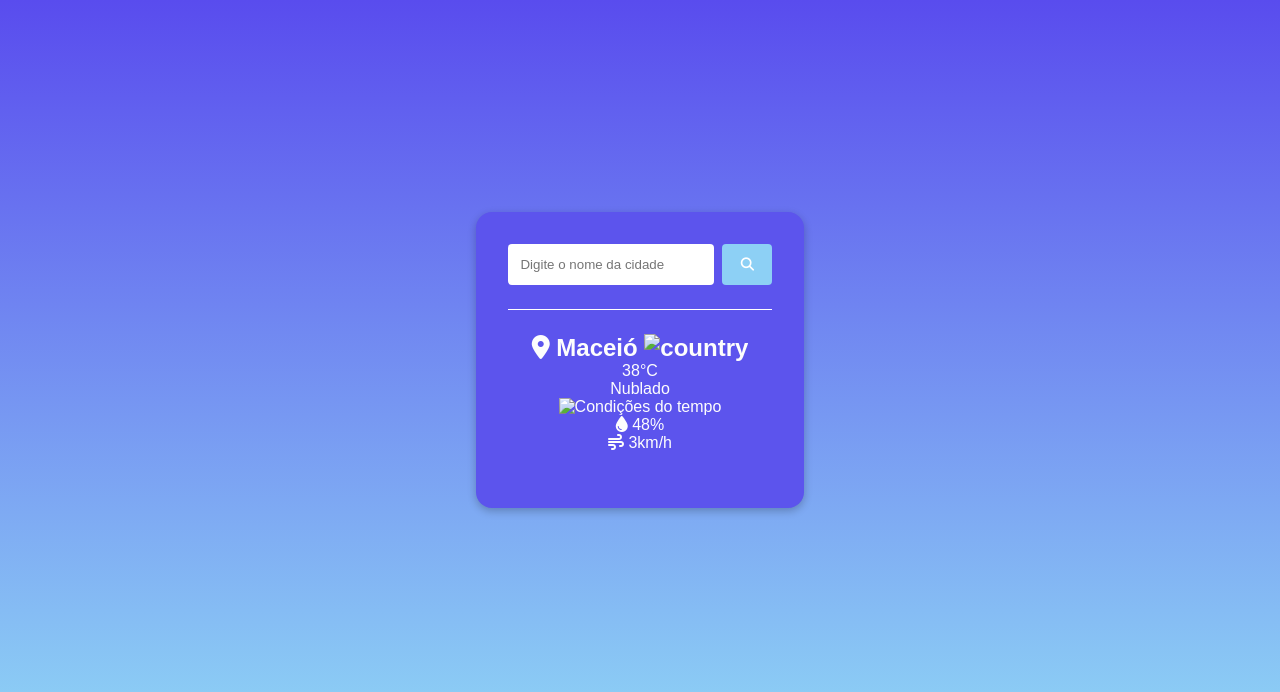
Repository: eziocdl/Weather--API
Page: index.html
The author's editor kept a copy of each file at every save. The page is drawn from the files as they stood at one save, then again after the next save.
The browser window is 1280 px wide. The pictures show the whole page.

Above is the page before, as saved 2023-06-19 15:57:24.

### index.html
<!DOCTYPE html>
<html lang="en">
<head>
    <meta charset="UTF-8">
    <meta name="viewport" content="width=device-width, initial-scale=1.0">
    <title>Weather Now</title>
    <link rel="stylesheet" href="css/styles.css" />
    <!---- Google Fonts-------->
    <link rel="preconnect" href="https://fonts.googleapis.com">
    <link rel="preconnect" href="https://fonts.gstatic.com" crossorigin>
    <link href="https://fonts.googleapis.com/css2?family=Poppins:wght@300;400;500;600;700&display=swap"
     rel="stylesheet"
    />

    <!-- Font Awesome ------------>
    <link rel="stylesheet" href="https://cdnjs.cloudflare.com/ajax/libs/font-awesome/6.4.0/css/all.min.css" integrity="sha512-iecdLmaskl7CVkqkXNQ/ZH/XLlvWZOJyj7Yy7tcenmpD1ypASozpmT/E0iPtmFIB46ZmdtAc9eNBvH0H/ZpiBw=="
     crossorigin="anonymous" referrerpolicy="no-referrer" />
    <script src="js/scripts.js" defer></script>
</head>
<body>
    <div class="container">
        <div class="form">
            <div class="form-input-container">
                <input type="text" placeholder="Digite o nome da cidade" id="city-input"
                />
                <button id="search">
                    <i class="fa-solid fa-magnifying-glass"></i>
                </button>
            </div>
        </div>
        <div id="weather-data">
            <h2>
                <i class="fa-solid fa-location-dot"></i>
                <span id="city">Maceió</span>
                <img src="" alt="country">
            </h2>
            <p id="temperature"><span>38</span>&deg;C</p>
            <div id="description-container">
                <p id="description">Nublado</p>
                <img src="" alt="Condições do tempo" id="weather-icon" />
            </div>
            <div class="details-container">
                <p id="umidity">
                    <i class="fa-solid fa-droplet"></i>
                      <span>48%</span>
                </p>
                <p id="wind">
                    <i class="fa-solid fa-wind"></i>
                    <span>3km/h</span>
                </p>
            </div>
        </div>
    </div>
</body>
</html>

### css/styles.css

* {
    padding: 0;
    margin: 0;
    font-family: "ubuntu", sans-serif;
}

body {
    background: linear-gradient(180deg, #594cee 0%, #8dd0f5 100%);
    display: flex;
    justify-content: center;
    align-items: center;
    height: 100vh;
}

.hide {
    display: none;
}

.container {
    background-color: #5c54ed;
    box-shadow: rgba(0, 0, 0, 0.24) 0px 3px 8px;
    padding: 2rem;
    color: #FDFDFD;
    border-radius: 1rem;

}

.form h3 {
    margin-bottom: 1rem;
}

.form-input-container {
    display: flex;
}

.form input {
    padding: 0.8rem;
    border: none;
    flex: 1;
    border-radius: 4px;
}

.form button {
    padding: 0.8rem;
    min-width: 50px;
    margin-left: 8px;
    background-color: #8dd0f5;
    color: #fff;
    border: none;
    border-radius: 4px;
    cursor: pointer;
}

#weather-data {
    border-top: 1px solid #fff;
    margin-top: 1.5rem;
    padding: 1.5rem;
    text-align: center;
}

### js/scripts.js
// ba0ed798b46f1b88b59226e7505deaa3

After the next save:
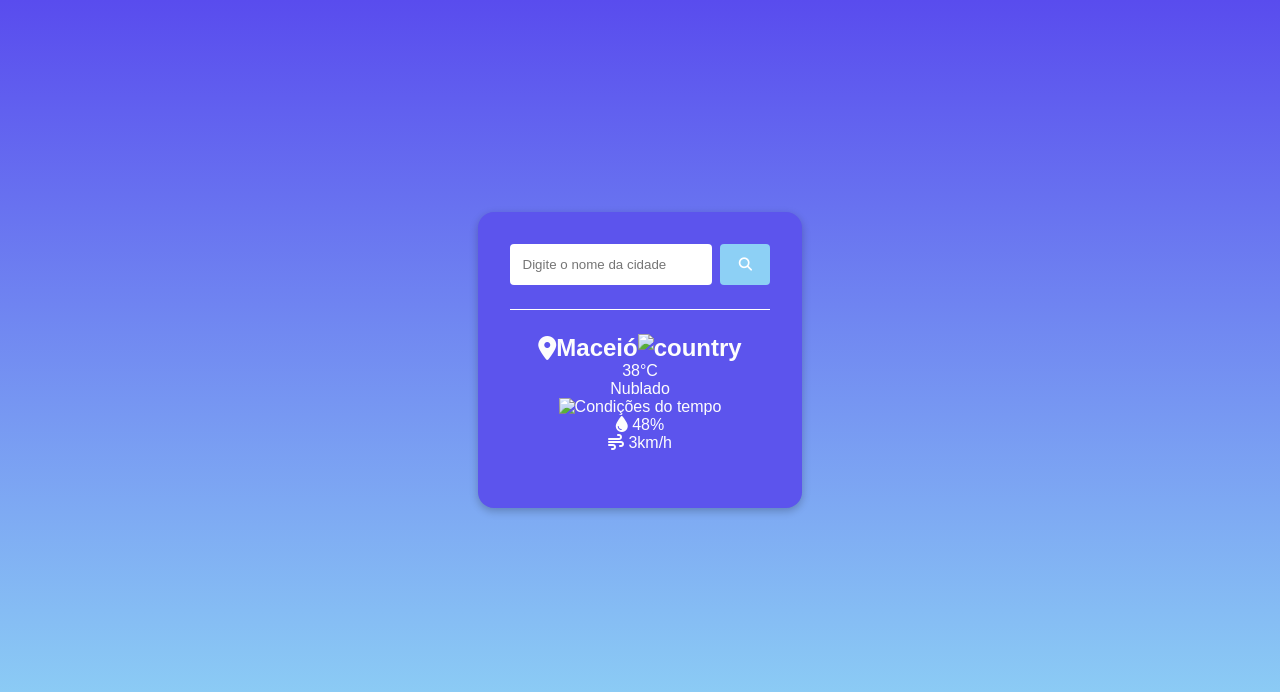
Saved 39 s later.
--- a/css/styles.css
+++ b/css/styles.css
@@ -58,3 +58,9 @@ body {
     padding: 1.5rem;
     text-align: center;
 }
+
+#weather-data h2 {
+    display: flex;
+    justify-content: center;
+    align-items: center;
+}
